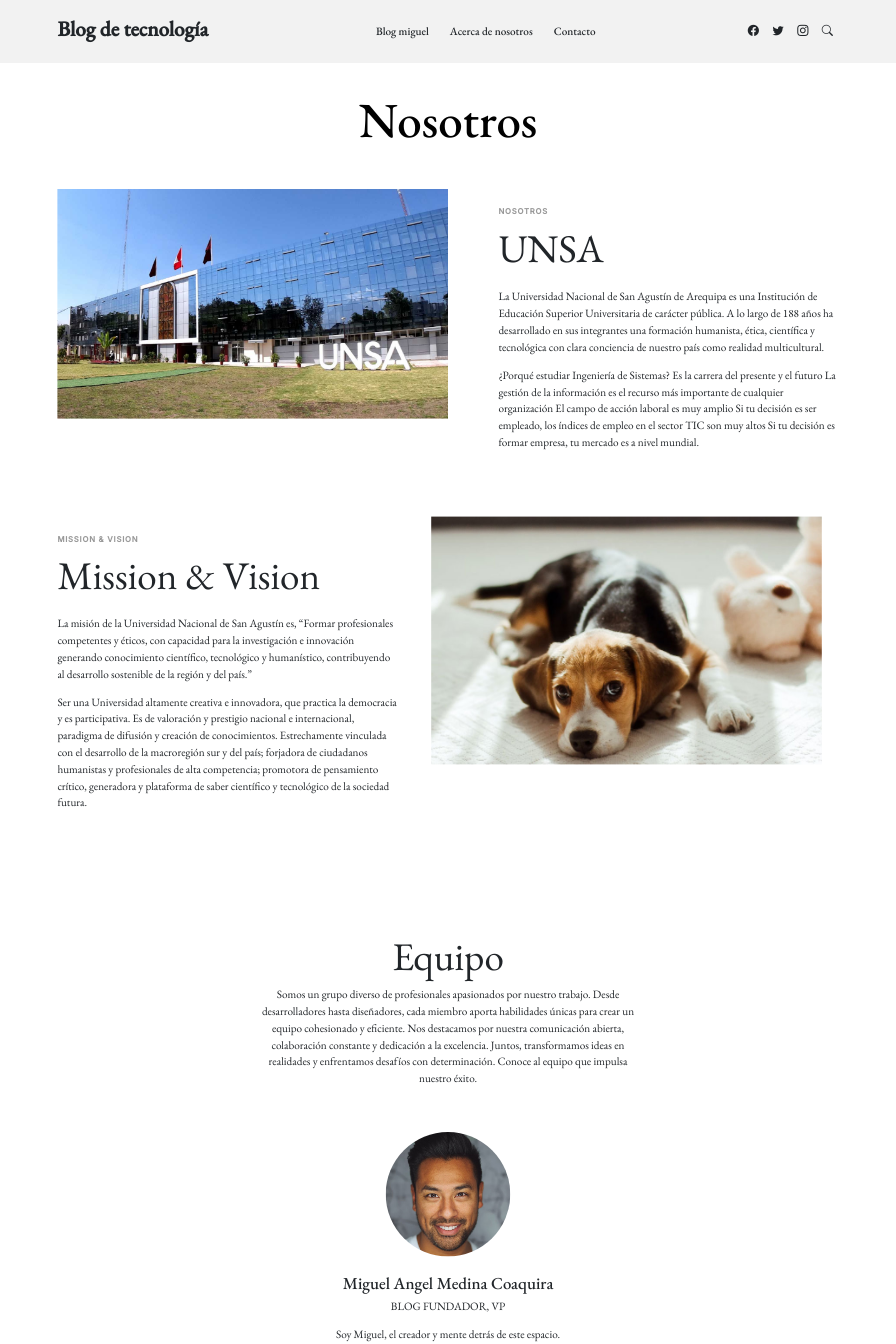
Repository: MiguelDev5/blog-miguel
Page: about.html
These files come from the project's save history. The page is drawn as it stood at one moment and after the next save; the edit follows.
The browser window is 1280 px wide. The pictures show the part of the page from y = 0 to 1920 px (the page is 2644 px tall), at 70% of full size.
Some web fonts or font styles are not loaded; a fallback is used.

Above is the page before, as saved 2024-01-01 21:07:11.

After the next save:
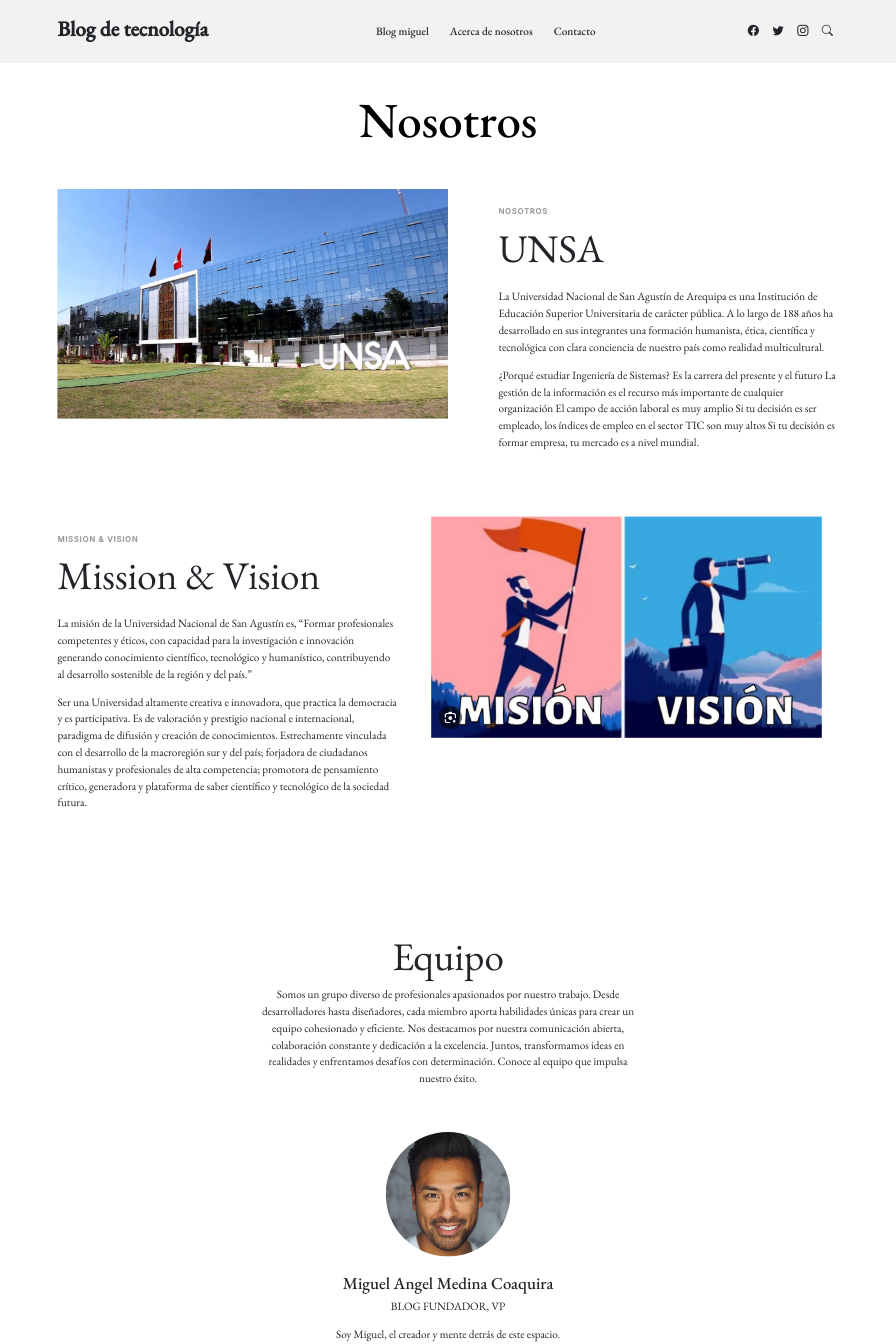
Saved 4 min 2 s later.
--- a/about.html
+++ b/about.html
@@ -105,7 +105,7 @@
 
           <div class="d-md-flex post-entry-2 half mt-5">
             <a href="#" class="me-4 thumbnail order-2">
-              <img src="assets/img/post-landscape-1.jpg" alt="" class="img-fluid">
+              <img src="assets/img/mv001.png" alt="" class="img-fluid">
             </a>
             <div class="pe-md-5 mt-4 mt-md-0">
               <div class="post-meta mt-4">Mission &amp; Vision</div>
